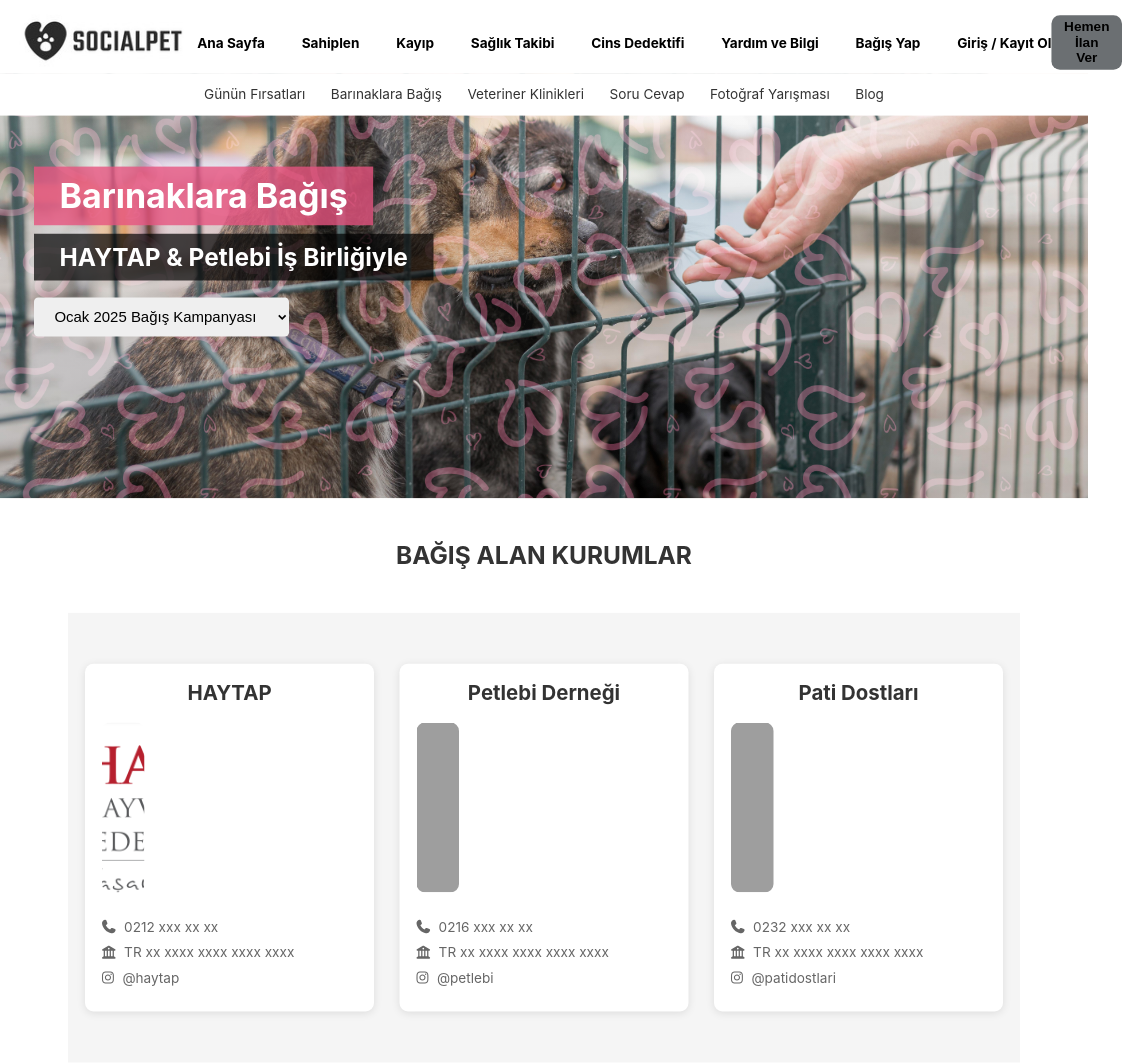
Repository: utkucaa/socialpet-frontend
Page: /donate (app in petweb/petweb/)
The author's editor kept a copy of each file at every save. The page is drawn from the files as they stood at one save, then again after a run of saves.
The browser window is 1280 px wide. The page is 1320 px wide, so the pictures cover 1320 px, including what lies to the right of the window. The pictures show the whole page, at 85% of full size.
Pictures or frames that could not be fetched are drawn as grey boxes. The project was rebuilt for these pictures with package versions that can differ from the ones it lists, and the page was loaded fresh each time. Also part of the build but not shown: petweb/petweb/src/Components/Login/Login.jsx, petweb/petweb/src/Components/Intro/Intro.css, petweb/petweb/src/Components/Intro/Intro.jsx, petweb/petweb/src/Components/Register/Register.jsx, petweb/petweb/src/Components/Profile/ProfilePage.jsx, petweb/petweb/src/Components/Adoption/Header.css, petweb/petweb/src/Components/Adoption/Header.jsx, petweb/petweb/src/Components/Adoption/Stats.css and 30 more. Imported but missing from the stored project, and not drawn on this page: petweb/petweb/src/Components/AdoptionSteps.

Above is the page before, as saved 2025-01-09 21:53:44.

After the next 2 saves:
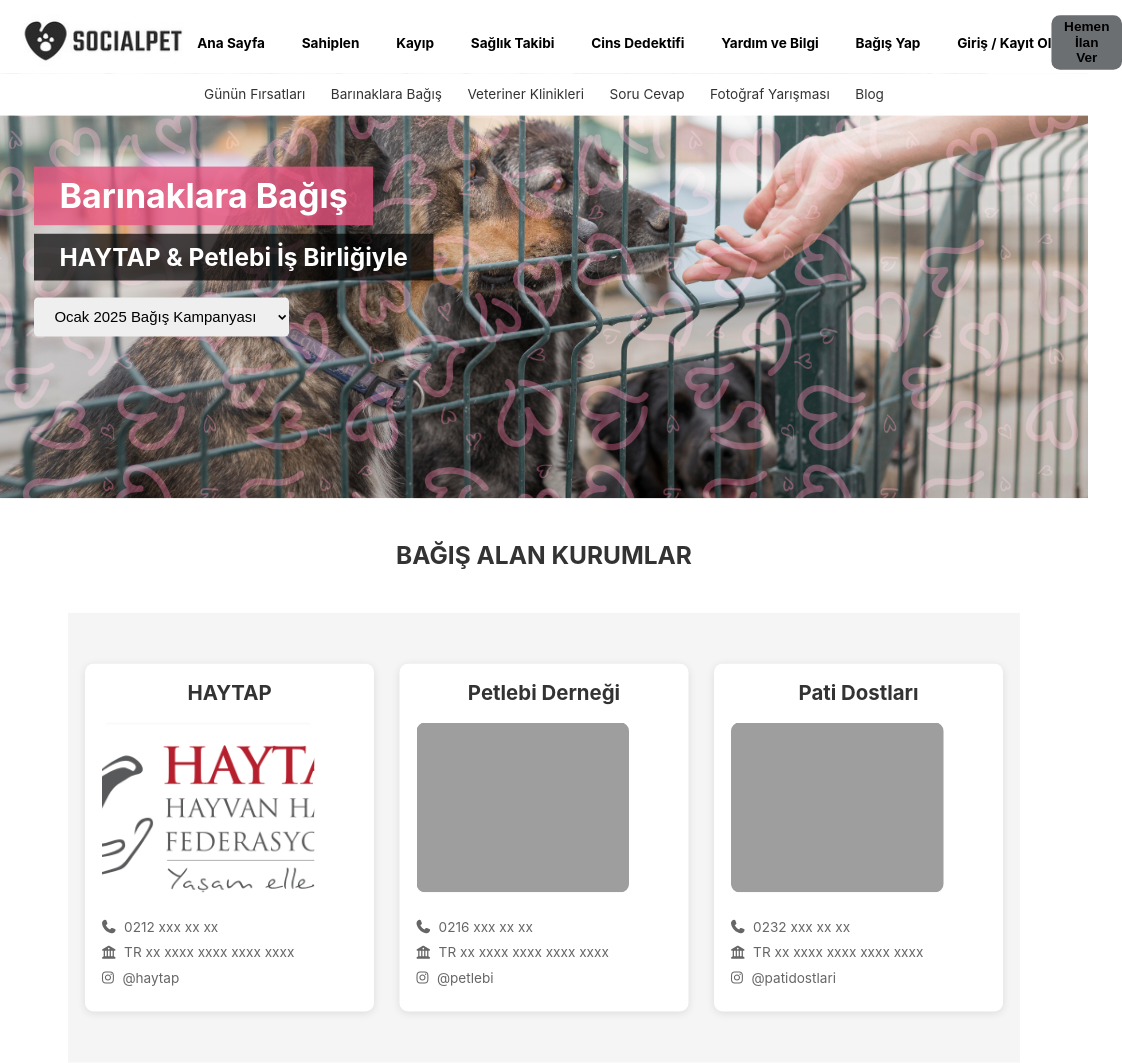
The 2 saves are shown as one change because they came seconds apart.
The last was saved 8 s later.
--- a/petweb/petweb/src/Components/Donate/Donate.css
+++ b/petweb/petweb/src/Components/Donate/Donate.css
@@ -238,7 +238,7 @@
   }
 
   .card-image img {
-    width: 50px; /* Genişlik */
+    width: 250px; /* Genişlik */
     height: 200px; /* Yükseklik */
     object-fit: cover; /* Resmi kare alanda düzgün şekilde yerleştirir */
     border-radius: 10px; /* Kenarları yuvarlamak için opsiyonel */
